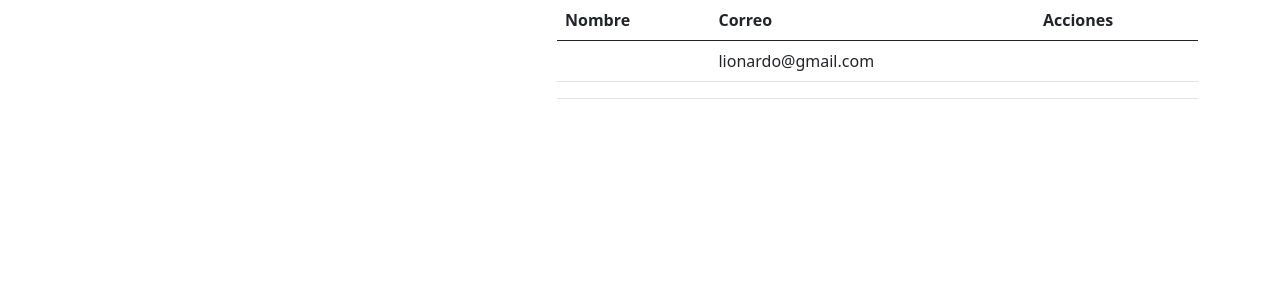
Repository: LionardoGomiz/CRUD-JS-VAINILLA
Page: index.html
The author's editor kept a copy of each file at every save. The page is drawn from the files as they stood at one save, then again after the next save.
The browser window is 1280 px wide. The pictures show the whole page.

Above is the page before, as saved 2021-08-09 14:01:26.

After the next save:
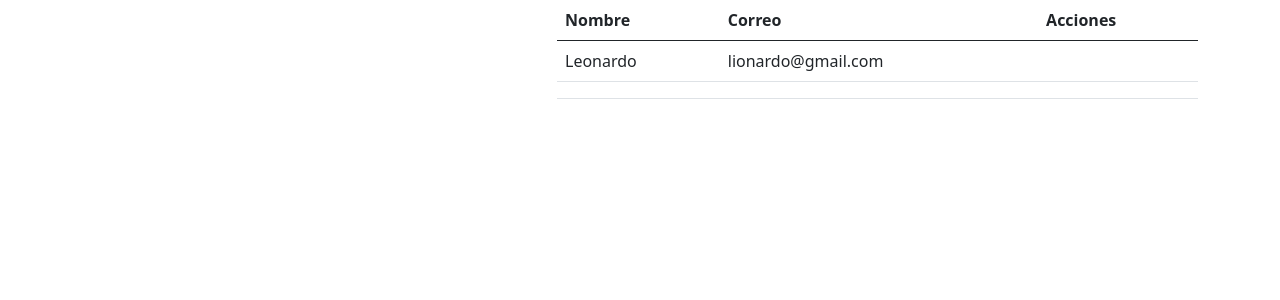
Saved 4 s later.
--- a/index.html
+++ b/index.html
@@ -26,7 +26,7 @@
                     </thead>
                     <tbody>
                         <tr>
-                            <td scope="row"></td>
+                            <td scope="row">Leonardo</td>
                             <td>lionardo@gmail.com</td>
                             <td></td>
                         </tr>
